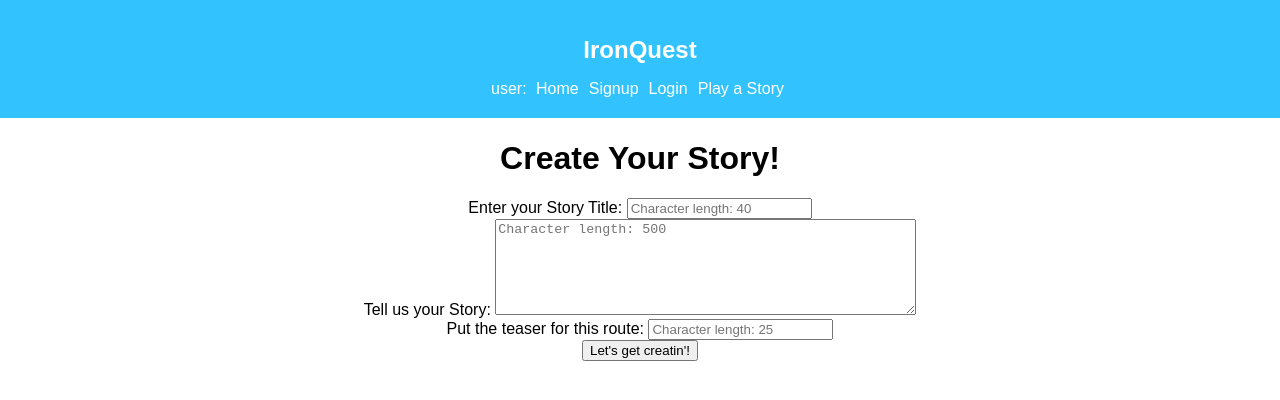
Repository: MikeTroianello/project4
Page: /createstory (app in client/)
These files come from the project's save history. The page is drawn as it stood at one moment and after the next save; the edit follows.
The browser window is 1280 px wide. The pictures show the whole page.
The project was rebuilt for these pictures with package versions that can differ from the ones it lists, and the page was loaded fresh each time. Also part of the build but not shown: client/src/components/pages/ReadStory.jsx, client/src/components/pages/Home.jsx, client/src/components/pages/Login.jsx, client/src/components/pages/Signup.jsx, client/src/components/pages/StoryPage.jsx.

Above is the page before, as saved 2019-03-21 11:19:59.

After the next save:
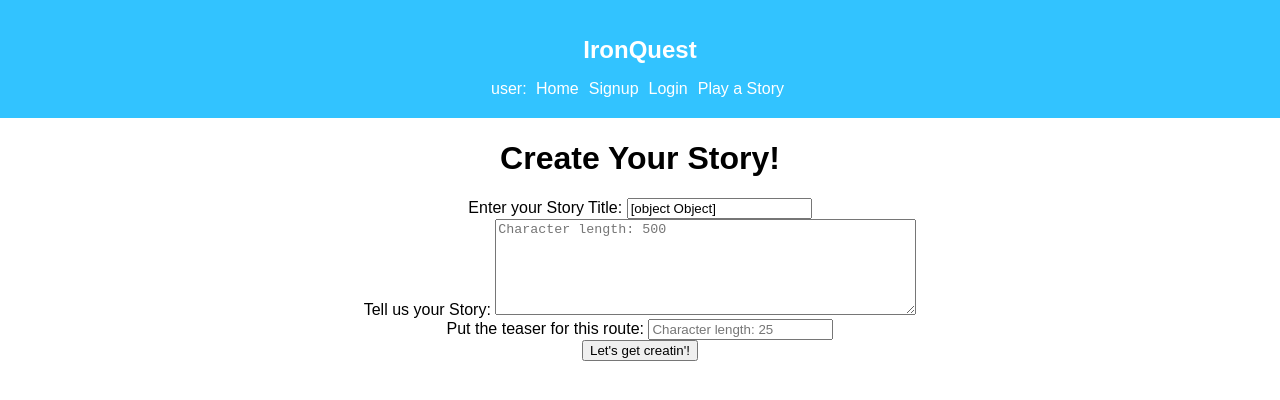
Saved 23 s later.
--- a/client/src/components/pages/CreateStory.jsx
+++ b/client/src/components/pages/CreateStory.jsx
@@ -9,7 +9,7 @@
   constructor(props) {
     super(props)
     this.state = {
-      title: this.props.title,
+      title: this.props,
       content: "",
       creatorId: "",
       teaser: "",

After the 2 saves that followed:
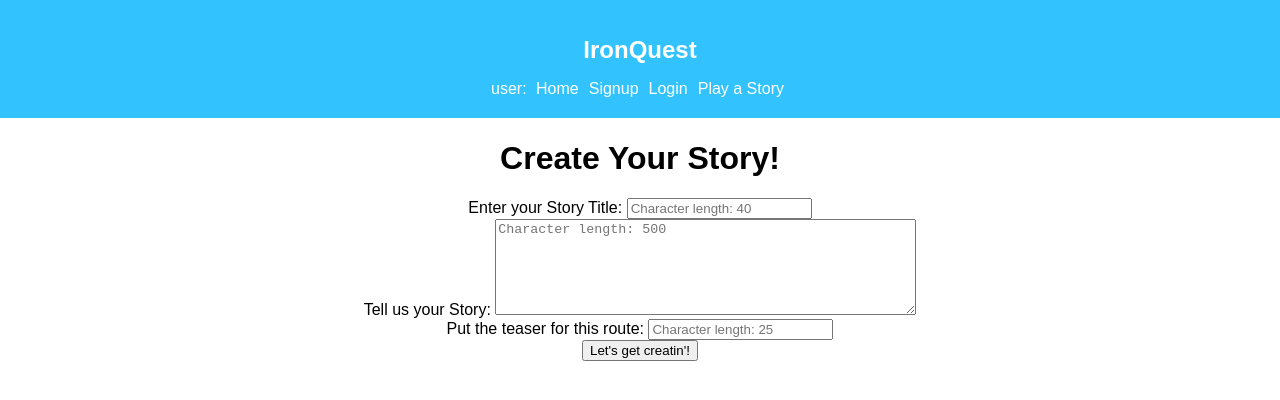
The 2 saves are shown as one change because they came seconds apart.
The last was saved 7 min 3 s later.
--- a/client/src/components/pages/CreateStory.jsx
+++ b/client/src/components/pages/CreateStory.jsx
@@ -9,7 +9,7 @@
   constructor(props) {
     super(props)
     this.state = {
-      title: this.props,
+      title: "",
       content: "",
       creatorId: "",
       teaser: "",
